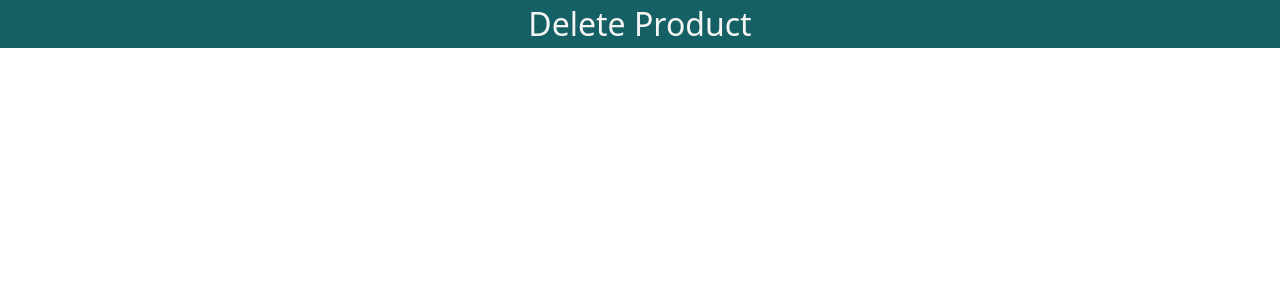
Repository: GlorifiedIntel/admin-dashboard
Page: /products/delete
These files come from the project's save history. The page is drawn as it stood at one moment and after the next save; the edit follows.
The browser window is 1280 px wide. The pictures show the whole page.
The page's requests for data from a server got no answer. The project was rebuilt for these pictures with package versions that can differ from the ones it lists, and the page was loaded fresh each time. The framework's server and built-in components were replaced by stand-ins that run in the browser. No one was signed in, and anything a server would have sent is missing. Also part of the build but not shown: next.config.mjs, components/Nav.js.

Above is the page before, as saved 2025-02-01 18:04:48.

### pages/_app.js
import { SessionProvider } from "next-auth/react";
import "../styles/globals.css";


export default function App({ Component, pageProps: { session, ...pageProps }})
{
  return (
    <SessionProvider session={pageProps.session}>
      <Component {...pageProps} />
    </SessionProvider>
  );
}

### pages/products/delete/[...id].js
export default function DeleteProductPage() {

    return <div className="bg-[#156064]">
            <h1>Delete Product</h1>
            </div>;
}

### styles/globals.css
@import "tailwindcss/base";
@import "tailwindcss/components";
@import "tailwindcss/utilities";


input, textarea {
border: 1.5px solid #d1d5db; /* border-gray-300 */
padding: 0.5rem; /* p-2 */
border-radius: 0.375rem; /* rounded-md */
width: 32rem; /* w-2xl */
margin-bottom: 0.373rem; /* mb-2 */
}

h1 {
font-size: 2rem; /* text-2xl */
color: whitesmoke;
text-align: center;
}

label {
font-size: 1rem; /* text-lg */
color: #666;
font-weight: bold; /* font-bold */
}

.btn-primary {
background-color: #212738; /* bg-blue-500 */
color: #fff; /* text-white */
padding: 0.5rem 1rem; /* py-2 px-4 */
border-radius: 0.375rem; /* rounded-md */
}

table.basic {
    width: 100%;
}

table.basic thead tr td {
    background-color:#F58A07;
    color:#333;
    font-weight: bold;
}

table.basic tr td {
    border: 1px solid #666;
    padding: 0.5rem
}

table.basic a {
    background-color: #19323C;
    color: #fff;
    padding: 0.5rem;
    border-radius: 0.375rem;
    text-decoration: none;
    width: 100px;
    display:inline-flex;
    justify-content: center;
    margin-right: 5px;

}

### components/Layout.js
import { useSession, signIn } from "next-auth/react";
import Nav from "../components/Nav";

export default function Layout({ children }) {
  const { data: session, status } = useSession();

  // Show a loading state when the session is being fetched
  if (status === "loading") {
    return <p className="flex items-center justify-center mt-12">Loading...</p>;
  }

  // Show a sign-in button if the user is not signed in
  if (!session) {
    return (
      <div className="flex items-center justify-center mt-12">
        <button
          onClick={() => signIn()}
          className="px-4 py-2 bg-blue-500 text-white rounded-lg"
        >
          Sign in
        </button>
      </div>
    );
  }

  // Render the layout if the user is signed in
  return (
    <div className="bg-[#156064] min-h-screen flex">
      <Nav />
      <div className="bg-[#FDFFFC] rounded-lg p-4 mt-2 flex-grow mr-2 mb-2">
        {children}
      </div>
    </div>
  );
}

Loaded but not shown: pages/_document.js (common file); tailwind.config.mjs (common file)

After the next save:
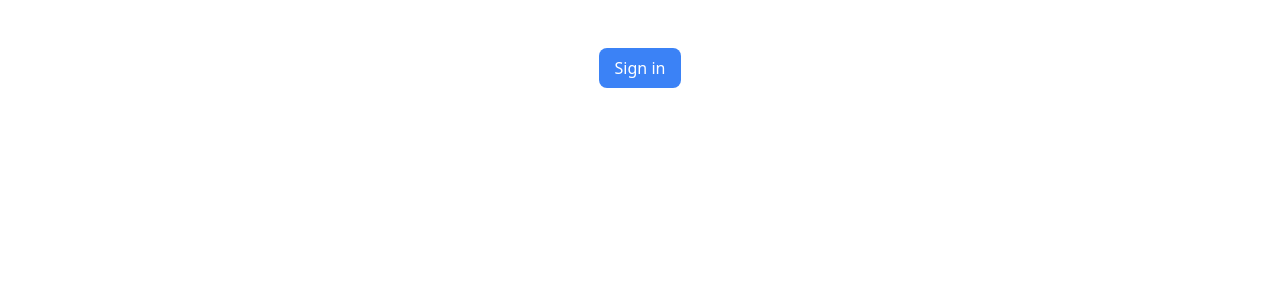
Saved 101 s later.
--- a/pages/products/delete/[...id].js
+++ b/pages/products/delete/[...id].js
@@ -1,6 +1,10 @@
+import Layout from "@/components/Layout";
+
 export default function DeleteProductPage() {
 
-    return <div className="bg-[#156064]">
-            <h1>Delete Product</h1>
-            </div>;
+    return (
+        <Layout>
+            Do you really want to delete this Product?
+        </Layout>
+    )
 }
